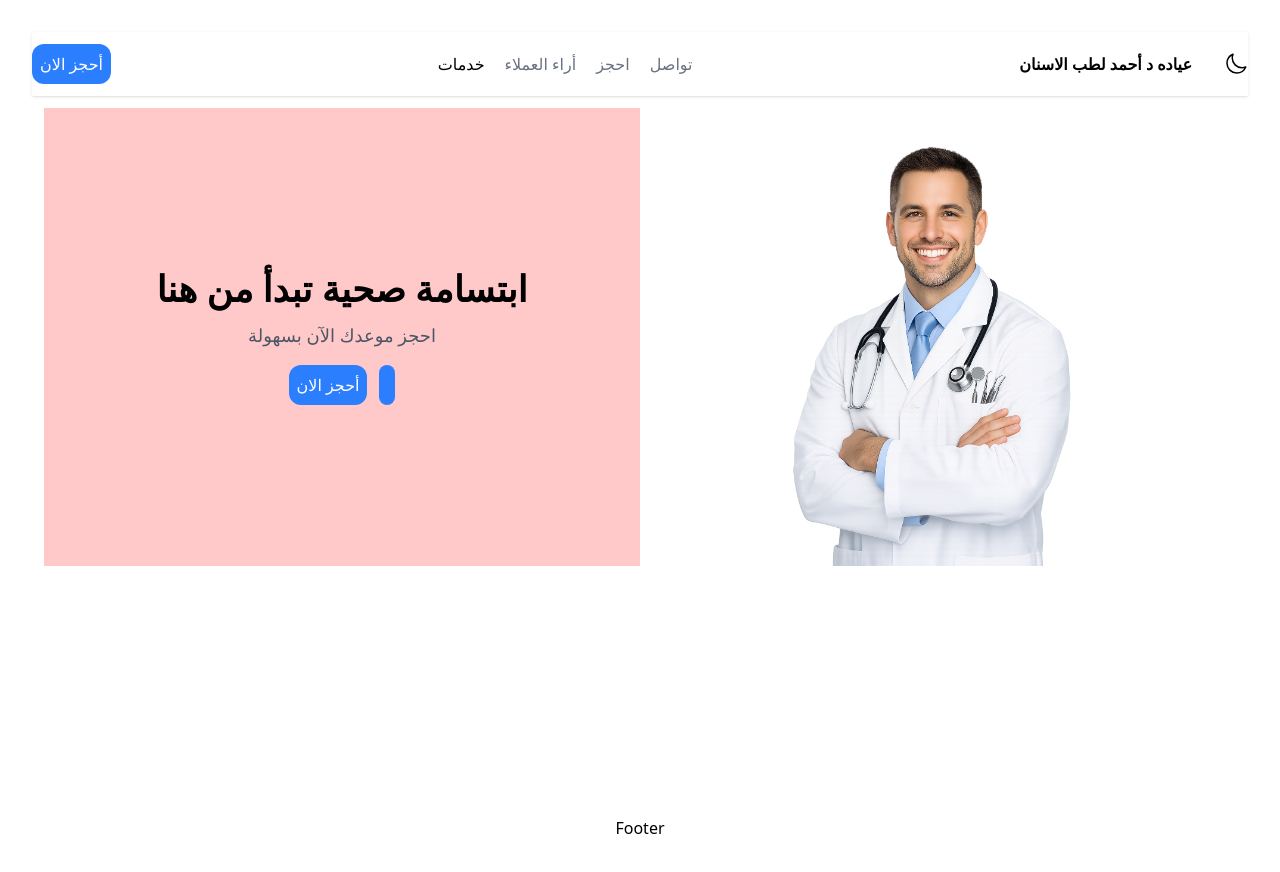
Repository: mohamedehab23-pro/clinic
Page: /
An editor plug-in stored every save of this project. The page is shown before and after the next save, followed by the edit.
The browser window is 1280 px wide. The pictures show the whole page.
The project was rebuilt for these pictures with package versions that can differ from the ones it lists, and the page was loaded fresh each time. Also part of the build but not shown: vite.config.js, src/Pages/AboutPage.jsx, src/Pages/ContactPage.jsx, src/Pages/NotFound.jsx, src/Components/Child.jsx, src/Components/Parent.jsx.

Above is the page before, as saved 2026-02-22 14:16:49.

### index.html
<!doctype html>
<html lang="en">
  <head>
    <meta charset="UTF-8" />
    <link rel="icon" type="image/svg+xml" href="/vite.svg" />
    <meta name="viewport" content="width=device-width, initial-scale=1.0" />
    <title>project1</title>
  </head>
  <body>
    <div id="root"></div>
    <script type="module" src="/src/main.jsx"></script>
  </body>
</html>

### src/index.css
@import "tailwindcss";
@custom-variant dark (&:where(.dark, .dark *));


.active{
    @apply text-black dark:text-white
}

### src/App.jsx
import { useState } from 'react'
import HeroPage from '../src/Pages/HeroPage'
import './App.css'
import { createBrowserRouter, RouterProvider } from 'react-router'
import MainLayout from './Layouts/MainLayout'
import AboutPage from './Pages/AboutPage'
import ContactPage from './Pages/ContactPage'
import NotFound from './Pages/NotFound'
import Parent from './Components/Parent'


const x=createBrowserRouter([
  {path:'',element:<MainLayout/>,children:[
    {index:true,element:<HeroPage/>},
    {path:'/about',element:<AboutPage/>},
    {path:'/contact',element:<ContactPage/>},
    {path:'*',element:<NotFound/>}
  ]}
])

function App() {

  return (
    <>
    {/* <Parent/> */}

     <RouterProvider router={x}/>
    </>
  )
}

export default App

### src/Pages/HeroPage.jsx
import React from 'react'
import sora from '../assets/dentist.png'
import Button from '../Components/Button'
export default function HomePage() {
  return (
    <div className='dark:bg-gray-800 min-h-screen p-3'>
      <div className='flex justify-around'>
<div className='bg-red-200 w-full flex flex-col justify-center text-center '>
<h2 className='text-4xl font-bold '>ابتسامة صحية تبدأ من هنا</h2>
<p className='text-gray-600 pt-3 text-lg'>احجز موعدك الآن بسهولة</p>
  <div className='flex gap-3 justify-center mt-4'>
  <Button bg={'bg-blue-500'} hover={'hover:bg-blue-600'} text={'أحجز الان'}/>
  <Button bg={'bg-blue-500'} hover={'hover:bg-blue-600'}/>
  </div>


</div>
<div className=' w-full flex justify-center items-center'>
 <img src={sora} alt="doctor" className='w-[50%] ' />
</div>
      </div>



    </div>
  )
}

### src/Layouts/MainLayout.jsx
import React, { useState } from 'react'
import Navbar from '../Components/Navbar'
import Footer from '../Components/Footer'
import { Outlet } from 'react-router'

export default function MainLayout() {
  const [darkMode, setDarkMode] = useState(false)
  return (
    <>
    <div className={`${darkMode? 'dark':''}  dark:text-white`}>
      <Navbar darkMode={darkMode} setDarkMode={setDarkMode}/>
    <Outlet />
    <Footer/>
    </div>
    </>
  )
}

### src/Components/Button.jsx
import React from 'react'
import { Link } from 'react-router'

export default function Button({bg,hover,text }) {
  return (
   <>
   <button className={`p-2 rounded-xl ${bg} ${hover} text-white `}><Link to={'/'}>{text}</Link></button>
   </>
  )
}

### src/Components/Navbar.jsx
import React, { useState } from 'react'
import { Link, NavLink } from 'react-router'
import Button from './Button'

export default function Navbar({setDarkMode,darkMode}) {
  const [navToggle, setNavToggle] = useState(false)
  return (
    <div className='py-3 shadow sticky top-0 w-full dark:bg-gray-700 bg-white/50'>
<div className="container px-3 lg:p-0 mx-auto flex items-center justify-between">
<div>
  <Button bg={'bg-blue-500'} hover={'hover:bg-blue-600'} text={'أحجز الان'}/>
</div>
<div>
  <ul className='lg:flex dark:text-white/50 gap-5 hidden'>
    <li className='text-gray-500'><NavLink to={''}>خدمات</NavLink></li>
    <li className='text-gray-500'><NavLink to={'/about'}>أراء العملاء</NavLink></li>
    <li className='text-gray-500'><NavLink to={'/contact'}>احجز</NavLink></li>
    <li className='text-gray-500'><NavLink to={'ertyuj'}>تواصل</NavLink></li>
  </ul>
</div>
<div className='flex gap-8'>
  <Link to={''} className=' font-bold'>عياده د أحمد لطب الاسنان</Link>
  {darkMode?<svg xmlns="http://www.w3.org/2000/svg"
onClick={()=>setDarkMode(!darkMode)}
fill="none" viewBox="0 0 24 24" strokeWidth={1.5} stroke="currentColor" className="cursor-pointer size-6">
  <path strokeLinecap="round" strokeLinejoin="round" d="M12 3v2.25m6.364.386-1.591 1.591M21 12h-2.25m-.386 6.364-1.591-1.591M12 18.75V21m-4.773-4.227-1.591 1.591M5.25 12H3m4.227-4.773L5.636 5.636M15.75 12a3.75 3.75 0 1 1-7.5 0 3.75 3.75 0 0 1 7.5 0Z" />
</svg>:<svg xmlns="http://www.w3.org/2000/svg" fill="none"
onClick={()=>setDarkMode(!darkMode)}
viewBox="0 0 24 24" strokeWidth={1.5} stroke="currentColor" className="cursor-pointer size-6">
  <path strokeLinecap="round" strokeLinejoin="round" d="M21.752 15.002A9.72 9.72 0 0 1 18 15.75c-5.385 0-9.75-4.365-9.75-9.75 0-1.33.266-2.597.748-3.752A9.753 9.753 0 0 0 3 11.25C3 16.635 7.365 21 12.75 21a9.753 9.753 0 0 0 9.002-5.998Z" />
</svg>}
</div>
<div className='lg:hidden'>
  <svg xmlns="http://www.w3.org/2000/svg" onClick={()=>setNavToggle(!navToggle)} fill="none" viewBox="0 0 24 24" strokeWidth={1.5} stroke="currentColor" className="cursor-pointer size-6">
  <path strokeLinecap="round" strokeLinejoin="round" d="M3.75 6.75h16.5M3.75 12h16.5m-16.5 5.25h16.5" />
</svg>


</div>



</div>
{navToggle && <ul className='pt-3 text-end px-3'>
    <li className='text-gray-500'><NavLink to={''}>خدمات</NavLink></li>
    <li className='text-gray-500'><NavLink to={'/about'}>أراء العملاء</NavLink></li>
    <li className='text-gray-500'><NavLink to={'/contact'}>احجز</NavLink></li>
    <li className='text-gray-500'><NavLink to={'ertyuj'}>تواصل</NavLink></li>
  </ul>}


    </div>
  )
}

Loaded but not shown: src/main.jsx (common file); src/App.css (common file); src/Components/Footer.jsx (common file)

After the next save:
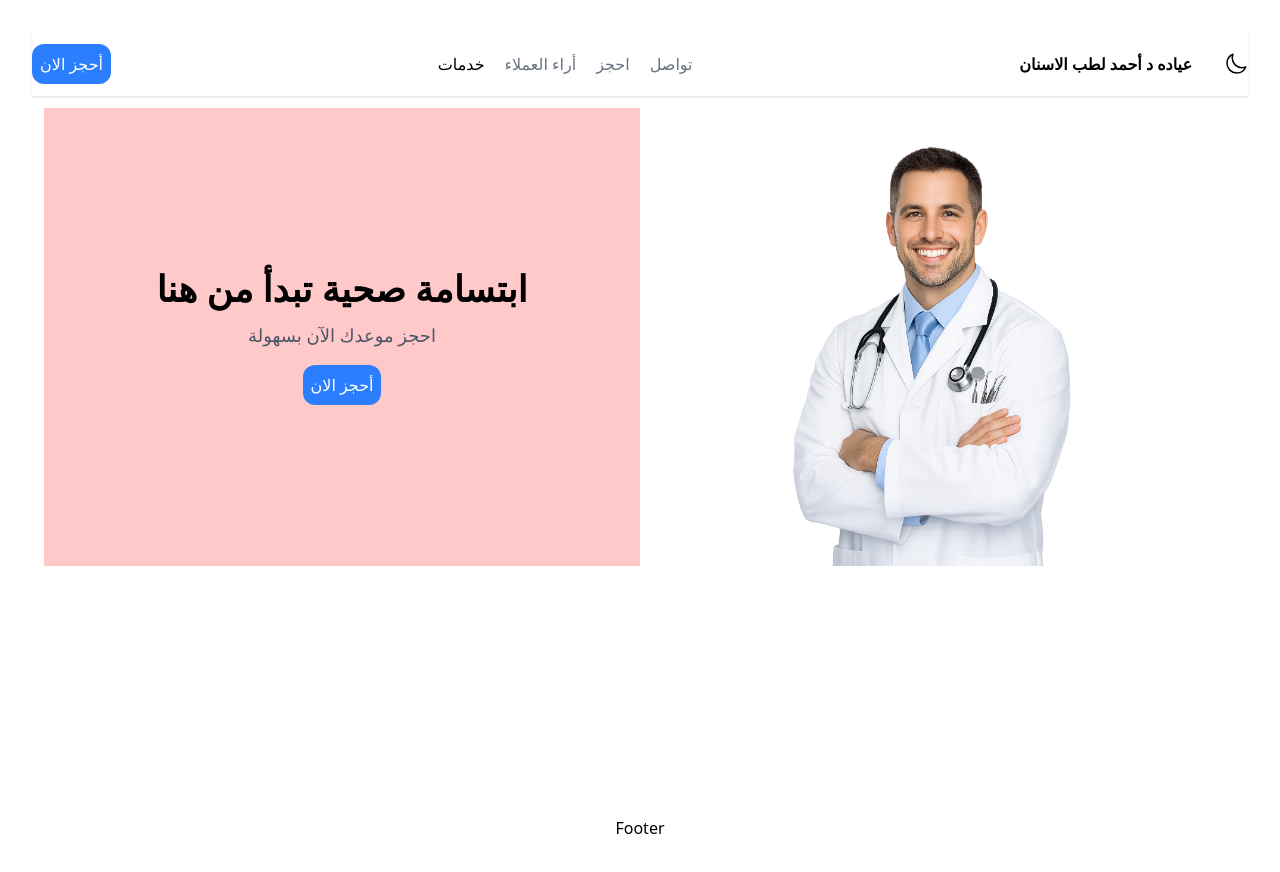
Saved 8 s later.
--- a/src/Pages/HeroPage.jsx
+++ b/src/Pages/HeroPage.jsx
@@ -10,7 +10,6 @@ export default function HomePage() {
 <p className='text-gray-600 pt-3 text-lg'>احجز موعدك الآن بسهولة</p>
   <div className='flex gap-3 justify-center mt-4'>
   <Button bg={'bg-blue-500'} hover={'hover:bg-blue-600'} text={'أحجز الان'}/>
-  <Button bg={'bg-blue-500'} hover={'hover:bg-blue-600'}/>
   </div>
 
 
